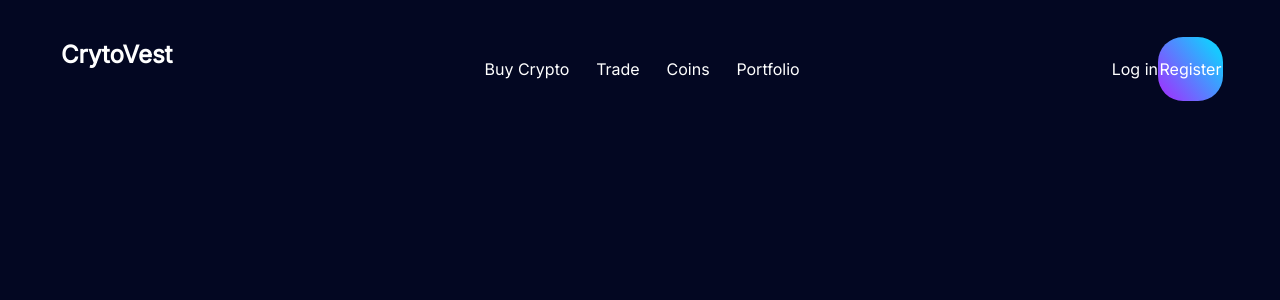
Repository: Eugene44-hub/cryptovest
Page: /
The author's editor kept a copy of each file at every save. The page is drawn from the files as they stood at one save, then again after the next save.
The browser window is 1280 px wide. The pictures show the whole page.
The project was rebuilt for these pictures with package versions that can differ from the ones it lists, and the page was loaded fresh each time. Also part of the build but not shown: vite.config.ts.

Above is the page before, as saved 2022-07-15 16:28:05.

After the next save:
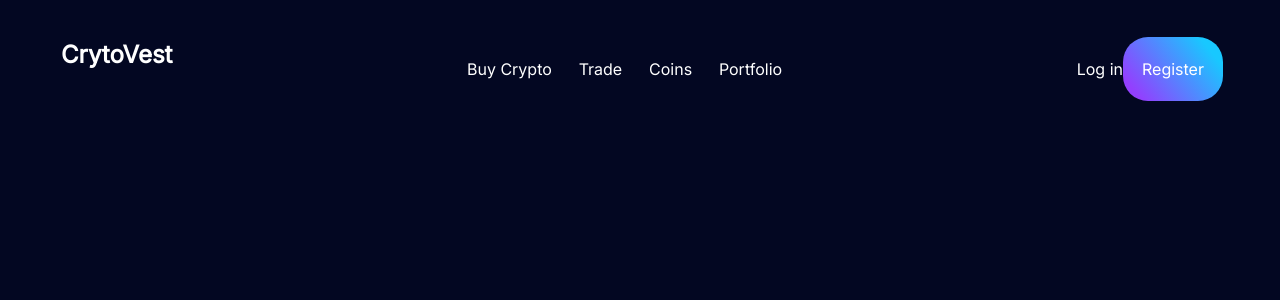
Saved 14 s later.
--- a/src/components/nav/Nav.tsx
+++ b/src/components/nav/Nav.tsx
@@ -24,7 +24,7 @@
                 Log in
               </button>
 
-              <button className={`${styles.btn} w-[65px]`}>
+              <button className={`${styles.btn} w-[100px]`}>
                 Register
               </button>
             </div>
